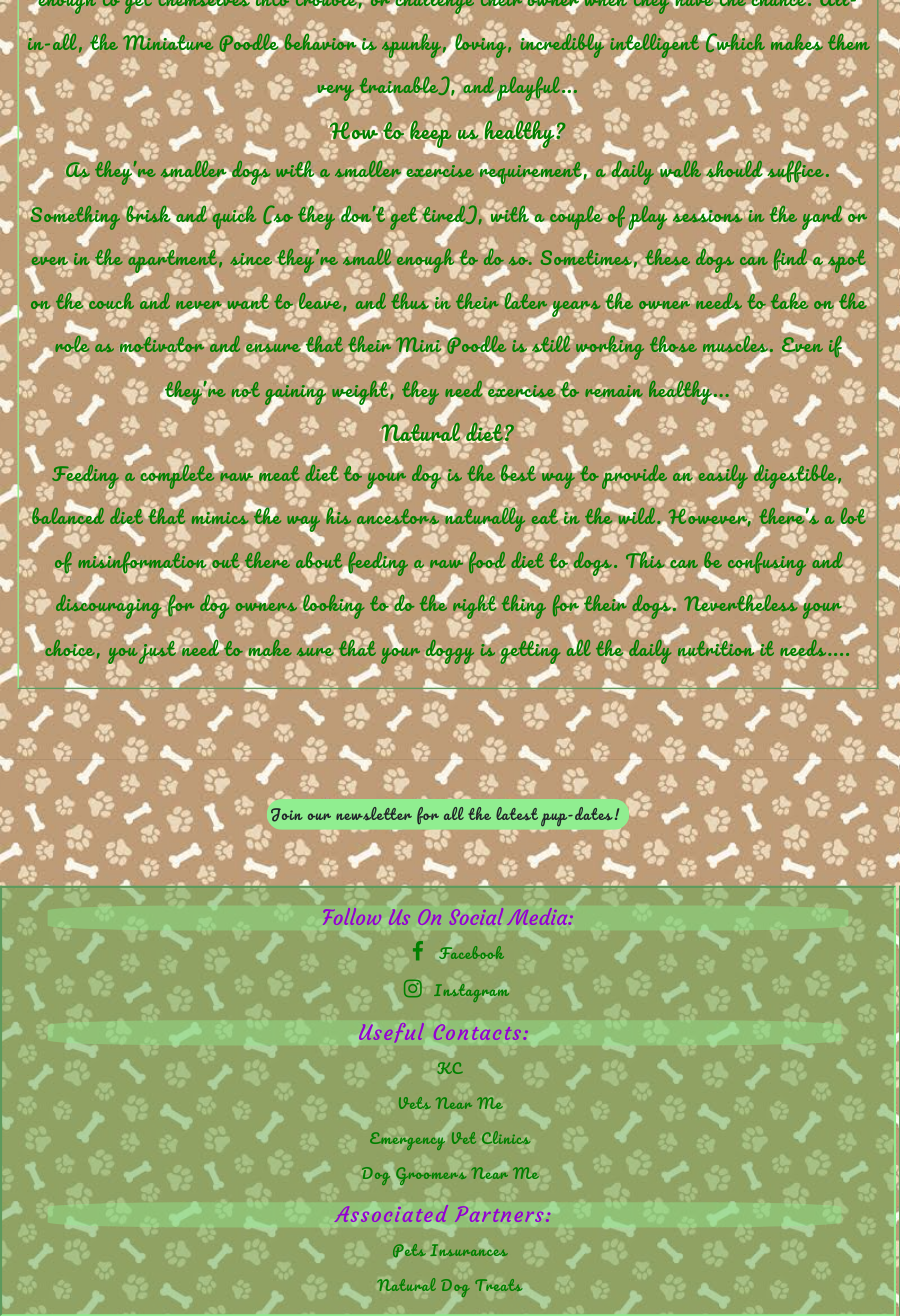
Repository: Code-Institute-Submissions/GeorgiosSklav-Iacinthos-blog
Page: about-them.html
The author's editor kept a record of every edit. The page is drawn from the files as they stood at one moment, then again after the next edit.
The browser window is 1280 px wide. The page is 1285 px wide, so the pictures cover 1285 px, including what lies to the right of the window. The pictures show the part of the page from y = 769 to 2649 px (the page is 2649 px tall before and 2580 px after), at 70% of full size.

Above is the page before.

### about-them.html
<!DOCTYPE html>
<html lang="en">

<head>
    <meta charset="UTF-8">
    <meta name="viewport" content="width=device-width, initial-scale=1.0">
    <meta http-equiv="X-UA-Compatible" content="ie=edge">
    <link rel="stylesheet" href="https://stackpath.bootstrapcdn.com/bootstrap/4.3.1/css/bootstrap.min.css " integrity="sha384-ggOyR0iXCbMQv3Xipma34MD+dH/1fQ784/j6cY/iJTQUOhcWr7x9JvoRxT2MZw1T " crossorigin="anonymous ">
    <title>Iacinthos mini Poodles</title>
    <link rel="stylesheet" href="https://stackpath.bootstrapcdn.com/font-awesome/4.7.0/css/font-awesome.min.css" integrity="sha384-wvfXpqpZZVQGK6TAh5PVlGOfQNHSoD2xbE+QkPxCAFlNEevoEH3Sl0sibVcOQVnN" crossorigin="anonymous">
    <link rel="stylesheet" href="style.css" type="text/css" />
</head>

<body>
    <header class="container">
        <div class="row align-items-start heading homepage">
            <a href="about-them.html" class="col-12 logo">
                <h1>How to treat and raise us</h1>
            </a>
        </div>
        <nav class="navbar navbar-light navbar-expand-sm">
            <a href="about-them.html" class="navbar-brand"><i class="fa fa-paw"></i>About them</a>
            <button class="navbar-toggler ml-auto" type="button" data-toggle="collapse" data-target="#navbarNavDropdown" aria-controls="Toggle navigation">
            <span class="navbar-toggler-icon"></span></button>
            <div class="collapse navbar-collapse" id="navbarNavDropdown">
                <ul class="navbar-nav mt-auto mt-2 mt-lg-0">
                    <li class="nav-item mr-2"><a class="nav-link" href="index.html">Home</a></li>
                    <li class="nav-item dropdown">
                        <div class="nav-link dropdown-toggle" id="navbarDropdownMenuLink" role="button" data-toggle="dropdown" aria-haspopup="true" aria-expanded="false">
                            Downloadable Certificates</div>
                        <div class="dropdown-menu" aria-labelledby="navbarDropdownMenuLink">
                            <a class="dropdown-item" href="certificate.html">Kennel Club</a>
                            <a class="dropdown-item" href="lineage.html">Blood-Lineage</a>
                        </div>
                    </li>
                </ul>
            </div>
        </nav>
    </header>

    <main>
        <div class="jumbotron-fluid about" id="frame">
            <div class="row">
                <div class="col-12">
                    <h3 class="about-title">What do we eat?</h3>
                    <p>Most would opt for wet food. However, dry food is recommended since this is much better for the gums and teeth. In addition, dry kibble tends to be easier on the stomach and intestines and a diet of all wet canned food can lead to
                        runny stools...</p>
                </div>
            </div>
            <div class="row">
                <div class="col-12">
                    <h3 class="about-title">What do we love to do?</h3>
                    <p>They have a moderate temperament, and even though they’re elegant and well-mannered, have a very funny clown-like behavior when around their loved ones. They love to play and they’re smart enough to get themselves into trouble, or
                        challenge their owner when they have the chance. All-in-all, the Miniature Poodle behavior is spunky, loving, incredibly intelligent (which makes them very trainable), and playful...</p>
                </div>
            </div>
            <div class="row">
                <div class="col-12">
                    <h3 class="about-title">How to keep us healthy?</h3>
                    <p>As they’re smaller dogs with a smaller exercise requirement, a daily walk should suffice. Something brisk and quick (so they don’t get tired), with a couple of play sessions in the yard or even in the apartment, since they’re small
                        enough to do so. Sometimes, these dogs can find a spot on the couch and never want to leave, and thus in their later years the owner needs to take on the role as motivator and ensure that their Mini Poodle is still working those
                        muscles. Even if they’re not gaining weight, they need exercise to remain healthy...</p>
                </div>
            </div>
            <div class="row">
                <div class="col-12">
                    <h3 class="about-title">Natural diet?</h3>
                    <p>Feeding a complete raw meat diet to your dog is the best way to provide an easily digestible, balanced diet that mimics the way his ancestors naturally eat in the wild. However, there’s a lot of misinformation out there about feeding
                        a raw food diet to dogs. This can be confusing and discouraging for dog owners looking to do the right thing for their dogs. Nevertheless your choice, you just need to make sure that your doggy is getting all the daily nutrition
                        it needs....</p>
                </div>
            </div>
        </div>

    </main>
    <hr>

    <!------------------------------------------------ Modal -->

    <button type="button" class="btn btn-color" data-toggle="modal" data-target="#exampleModal">
  Join our newsletter for all the latest pup-dates!
</button>

    <div class="modal fade" id="exampleModal" tabindex="-1" role="dialog" aria-labelledby="exampleModalLabel" aria-hidden="true">
        <div class="modal-dialog" role="document">
            <div class="modal-content">
                <div class="modal-header">
                    <h5 class="modal-title" id="exampleModalLabel">Join our family with a flick of your paw!</h5>
                    <button type="button" class="close" data-dismiss="modal" aria-label="Close">
                     <span aria-hidden="true">&times;</span>
        </button>
                </div>
                <div class="modal-body">
                    <form class="modal-newsletter">
                        <div class="form-group ">
                            <input type="email" class="form-control" id="InputEmail2" aria-describedby="emailHelp" placeholder="Your Woof-mail....">
                        </div>
                        <div class="form-group">
                            <input type="password" class="form-control" id="InputPassword2" placeholder="....and a Woof-password">
                        </div>
                        <div class="form-group form-check">
                            <input type="checkbox" class="form-check-input" id="exampleCheck1">
                            <label class="form-check-label" for="Check1">Remember me</label>
                        </div>
                    </form>
                </div>
                <div class="modal-footer">
                    <button type="button" class="btn btn-danger" data-dismiss="modal">Close</button>
                    <button type="button" class="btn btn-info">Subscribe</button>
                </div>
            </div>
        </div>
    </div>


    <footer class="container-fluid footer">
        <div class="row align-items-end">
            <div class="col-12">
                <h4 class="social-title capitalise">Follow us on social media:</h4>
                <ul class="social-links">
                    <li>
                        <a target="_blank" href="http://facebook.com/George.Sklavounos">
                            <i class="fa fa-facebook"></i>
                            <span>Facebook</span>
                        </a>
                    </li>
                    <li>
                        <a target="_blank" href="https://www.instagram.com/accounts/login/?next=%2Fgeorge.sklav%2F&source=follow">
                            <i class="fa fa-instagram"></i>
                            <span>Instagram</span>
                        </a>
                    </li>
                </ul>
            </div>
            <div class="col-12 social-links">
                <h4 class="social-title capitalise">Useful contacts:</h4>
                <ul class="social-links ">
                    <li>
                        <a target="_blank" href="https://www.thekennelclub.org.uk/">
                            <span class="capitalise">KC</span>
                        </a>
                    </li>
                    <li>
                        <a target="_blank" href="https://www.google.com/search?q=vet+near+me&oq=vet+near&aqs=chrome.0.0j69i57j0l4.4119j0j7&sourceid=chrome&ie=UTF-8">
                            <span class="capitalise">Vets near me</span>
                        </a>
                    </li>
                    <li>
                        <a target="_blank" href="https://www.google.com/search?q=emergency+vet+clinic+near+me&oq=emergency+vet&aqs=chrome.4.69i57j0l5.15430j0j7&sourceid=chrome&ie=UTF-8">
                            <span class="capitalise">Emergency vet clinics</span>
                        </a>
                    </li>
                    <li>
                        <a target="_blank" href="https://www.google.com/search?q=dog+groomer+near+me&oq=dog+groomer&aqs=chrome.1.69i57j0l5.4790j0j7&sourceid=chrome&ie=UTF-8">
                            <span class="capitalise">Dog groomers near me</span>
                        </a>
                    </li>
                </ul>
            </div>
            <div class="col-12 social-links">
                <h4 class="social-title capitalise">Associated partners:</h4>
                <ul class="social-links">
                    <li>
                        <a target="_blank" href="https://www.google.com/search?q=pet+insurance+near+me&oq=pet+ins&aqs=chrome.2.0j69i57j0l4.6094j0j7&sourceid=chrome&ie=UTF-8">
                            <span class="capitalise">pets insurances</span>
                        </a>
                    </li>
                    <li>
                        <a target="_blank" href="https://www.doglistener.co.uk/catalog/natural-dog-treats-0">
                            <span class="capitalise">natural dog treats</span>
                        </a>
                    </li>
                </ul>
            </div>

        </div>
    </footer>

    <script src="https://code.jquery.com/jquery-3.3.1.slim.min.js" integrity="sha384-q8i/X+965DzO0rT7abK41JStQIAqVgRVzpbzo5smXKp4YfRvH+8abtTE1Pi6jizo" crossorigin="anonymous"></script>
    <script src="https://cdnjs.cloudflare.com/ajax/libs/popper.js/1.14.7/umd/popper.min.js" integrity="sha384-UO2eT0CpHqdSJQ6hJty5KVphtPhzWj9WO1clHTMGa3JDZwrnQq4sF86dIHNDz0W1" crossorigin="anonymous"></script>
    <script src="https://stackpath.bootstrapcdn.com/bootstrap/4.3.1/js/bootstrap.min.js" integrity="sha384-JjSmVgyd0p3pXB1rRibZUAYoIIy6OrQ6VrjIEaFf/nJGzIxFDsf4x0xIM+B07jRM" crossorigin="anonymous"></script>
</body>

</html>

### style.css
@import url('https://fonts.googleapis.com/css?family=Courgette:100,200,300,400,500,600,700|Pacifico:100,200,300,400,500,600,700');

/*------------------------------------------------body background*/

body {
    background-image: url("./Media/paws.jpg");
    background-size: 40%;
    line-height: 2.5;
    text-align: center;
}

h1 {
    font-family: "Courgette", sans-serif;
    font-weight: 700;
    font-size: 45px;
    color: #800000;
    margin-top: 35px;
    padding-top: 25px;
}

.heading {
    margin: 25px;
}

.capitalise {
    text-transform: capitalize;
}

/*------------------------------------------------Navbar*/

.navbar {
    display: flex;
      word-break: keep-all;
      margin-top: 25px;
      margin-bottom: 25px;
}

.navbar-light {
    font-family: 'Courgette', sans-serif;
    font-weight: 600;
    font-size: 25px;
}

.nav-link {
    margin-right: 15px;
    margin-left: 15px;
}

.nav-link:hover {
    background-color: #90ee90;
    border-radius: 30%;
}

.dropdown-menu {
    background-color: #90ee90;
    font-weight: 600;
    font-size: 20px;
    border-radius: 10%;
}

.dropdown-menu ul li:hover {
    background-color: #777;
}

.ml-auto {
    background-color: #90ee90;
}

.navbar i {
    font-size: 35px;
    padding-top: 0;
    padding-bottom: 5px;
    padding-right: 2px;
    margin: 5px;
    color: #777;
}

.navbar-brand:hover {
    background-color: #90ee90;
    border-radius: 30px;
}
.fa-download {
    margin-right: 2px;
    margin-left: 2px;
}
.fa-download:hover{
    color: #90ee90;
}
/*------------------------------------------Media queries*/

@media (max-width: 300px) {
    .ml-auto:hover {
        background-color: #777;
    }
    .dropdown-item:hover {
        background-color: #777;

    }
    #navbarNavDropdown {
        background-color: #777;
    }

    #navbarNavDropdown ul li:hover {
        background-color: #90ee90;
    }
    .social-links,
    .social-title {
        font-size: 30px;
    }
}

@media (max-width: 3800px) {
    .dropdown-menu {
        background-color: #90ee90;
        color: #777;
    }
    .dropdown-item:hover {
        background-color: #777;
        color: #90ee90;
    }

    .col-lg-3 {
        flex: 30%;
        max-width: 100%;
    }
}

/*------------------------------------------------Homepage*/

.homepage a {
    text-decoration: none;
    height: 100%;
}

.introduction {
    height: 90%;
    width: 90%;
}


.img-50 {
    margin-left: 25px;
    width: 100%;
    float: none;
    border-style: groove;
    border-radius: 50%;
}

/*--------------------------------------------texts,p*/

.container-title {
    text-align: center;
    margin: 35px;
    font-family: "Courgette", sans-serif;
    color: #9400d3;
}

.container-title i {
    font-size: 30px;
    padding: 15px;
    margin: 15px;
}

.dog-name {
    font-family: "Courgette", sans-serif;
    font-weight: 700;
    font-size: 32px;
    margin-left: 25px;
    text-shadow: -3px 2px 0.5px #ffefd5;

}

/*----------------------------------------about us section*/

.about {
    margin: 25px;
    font-family: "Pacifico", sans-serif;
    font-size: 30px;
    font-weight: 500;
    letter-spacing: 2px;
    color: #008000;
}

.about-title {
    text-shadow: -3px 2px 0.5px #ffefd5;
}

#frame {
    border: 2px outset #90ee90;
    font-size: 25px;
    letter-spacing: 2px;
    margin-top: 45px;
    margin-bottom: 100px;
    padding: 10px;

}

/*----------------------------------------newsletter button*/

.btn-color {
    background-color: #90ee90;
    font-family: "Pacifico", sans-serif;
    font-size: 20px;
    letter-spacing: 2px;
    margin: 40px 25px;
    padding-left: 4px;
    border-radius: 50px;
}

.btn-color:hover {
    color: #90ee90;
    background-color: #777;
}

/*----------------------------------------Modal styling*/

.modal-title {
    font-family: "Pacifico", sans-serif;
    font-size: 25px;
    margin: 10px 5px;
}

.modal-content {
    background-color: #90ee90;
    text-shadow: -3px 2px 0.5px #ffefd5;
    color: #777;
}

.modal-footer .btn-danger,
.btn-info {
    margin-right: 20px;
}

.modal-body {
    padding: 0 15px 0 15px;
    top: 5px;
    bottom: 0;
    margin-top: 10px;
}


/*----------------------------------------footer*/

.footer {
    display: inline-block;
    border: 3px inset #90ee90;
    background-color: rgba(100, 170, 80, .5);
    padding-top: 25px;
    margin: 40px 5px 0px 0px;
    text-align: center;
}

.contacts .social-title {
    text-transform: capitalize;
    text-decoration: none;
    font-family: "Courgette", sans-serif;
    font-size: 30px;
    font-weight: 400;
    letter-spacing: 2px;
    color: #9400d3;
}

.social-links {
    list-style: none;
    padding-right: 25px;
    font-family: "Pacifico", sans-serif;
    color: #008000;
    font-size: 18px;
    font-weight: 400;
    letter-spacing: 2px;
}

.social-links li a {
    text-decoration: none;
    font-family: "Pacifico", sans-serif;
    font-size: 20px;
    font-weight: 400;
    letter-spacing: 2px;
    color: #008000;
}

.social-links li a:hover {
    background-color: #777;
    color: #90ee90;
    border-radius: 30%;
}

.social-links li i {
    font-size: 30px;
    height: 45px;
    width: 45px;
}

.social-title {
    word-break: keep-all;
    margin-left: 50px;
    margin-right: 50px;
    font-size: 30px;
    font-family: "Courgette", sans-serif;
    color: #9400d3;
    border-radius: 20%;
    background-color: rgba(144, 238, 144, 0.4);
}

After the next edit:
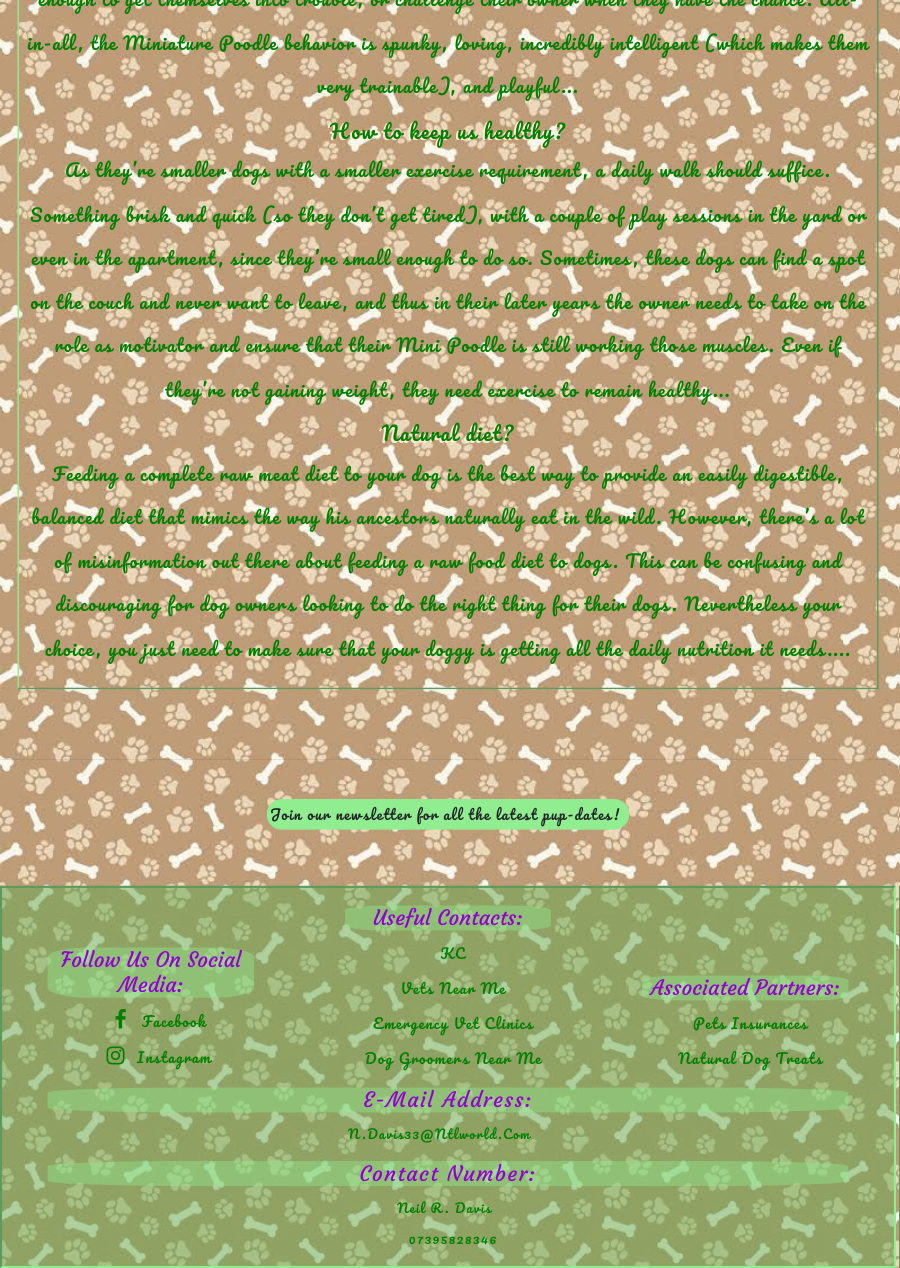
The edit:
--- a/about-them.html
+++ b/about-them.html
@@ -115,26 +115,26 @@
 
     <footer class="container-fluid footer">
         <div class="row align-items-end">
-            <div class="col-12">
+            <div class="col-12 col-md-3 col-lg-3">
                 <h4 class="social-title capitalise">Follow us on social media:</h4>
                 <ul class="social-links">
                     <li>
-                        <a target="_blank" href="http://facebook.com/George.Sklavounos">
+                        <a target="_blank" href="https://www.facebook.com/neil.davis.9862">
                             <i class="fa fa-facebook"></i>
                             <span>Facebook</span>
                         </a>
                     </li>
                     <li>
-                        <a target="_blank" href="https://www.instagram.com/accounts/login/?next=%2Fgeorge.sklav%2F&source=follow">
+                        <a target="_blank" href="https://instagram.com/neilr.davis?igshid=wmi0mqp5d2se">
                             <i class="fa fa-instagram"></i>
                             <span>Instagram</span>
                         </a>
                     </li>
                 </ul>
             </div>
-            <div class="col-12 social-links">
+            <div class="col-12 col-md-3 col-lg-3">
                 <h4 class="social-title capitalise">Useful contacts:</h4>
-                <ul class="social-links ">
+                <ul class="social-links">
                     <li>
                         <a target="_blank" href="https://www.thekennelclub.org.uk/">
                             <span class="capitalise">KC</span>
@@ -157,7 +157,7 @@
                     </li>
                 </ul>
             </div>
-            <div class="col-12 social-links">
+            <div class="col-12 col-md-3 col-lg-3">
                 <h4 class="social-title capitalise">Associated partners:</h4>
                 <ul class="social-links">
                     <li>
@@ -172,7 +172,21 @@
                     </li>
                 </ul>
             </div>
-
+            <div class="col-12 col-md-3 col-lg-3 contacts">
+                <h4 class="social-title capitalise">e-mail address:</h4>
+                <p class="capitalise social-links">
+                    n.davis33@ntlworld.com
+                </p>
+                <h4 class="social-title capitalise">Contact number:</h4>
+                <ul class="social-links">
+                    <li class="social-links capitalise">
+                        neil r. davis
+                    </li>
+                    <li class="capitalise">
+                        07395828346
+                    </li>
+                </ul>
+            </div>
         </div>
     </footer>
 
